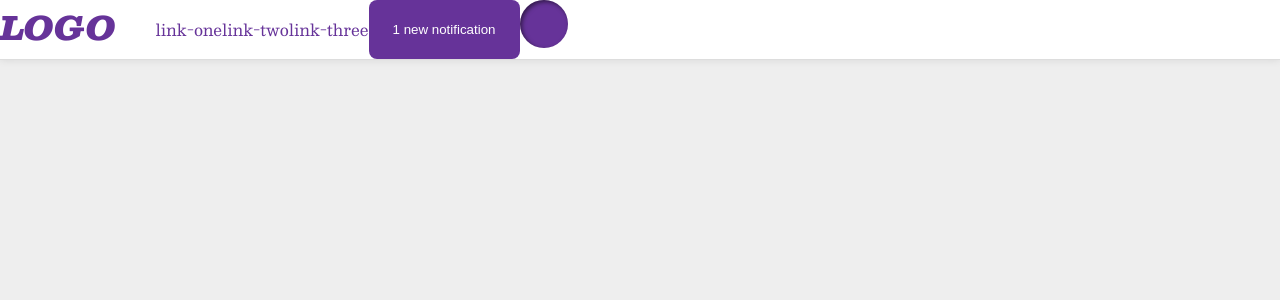
Repository: evemcd/odin_project
Page: 06-odin-css-flex/03-flex-header-2/index.html
The author's editor kept a copy of each file at every save. The page is drawn from the files as they stood at one save, then again after the next save.
The browser window is 1280 px wide. The pictures show the whole page.

Above is the page before, as saved 2022-02-03 09:02:22.

### 06-odin-css-flex/03-flex-header-2/index.html
<!DOCTYPE html>
<html lang="en">

<head>
    <meta charset="UTF-8">
    <meta http-equiv="X-UA-Compatible" content="IE=edge">
    <meta name="viewport" content="width=device-width, initial-scale=1.0">
    <title>Flex Header 2</title>
    <link rel="stylesheet" href="style.css">
</head>

<body>
    <div class="header">
        <div class="logo">
            LOGO
        </div>
        <ul class="links">
            <li><a href="google.com">link-one</a></li>
            <li><a href="google.com">link-two</a></li>
            <li><a href="google.com">link-three</a></li>
        </ul>
        <button class="notifications">
            1 new notification
        </button>
        <div class="profile-image"></div>
    </div>
</body>

</html>

### 06-odin-css-flex/03-flex-header-2/style.css
/* this is some magical font-importing.
you'll learn about it later. */
@import url('https://fonts.googleapis.com/css2?family=Besley:ital,wght@0,400;1,900&display=swap');

body {
    margin: 0;
    background: #eee;
    font-family: Besley, serif;
}

.header {
    background: white;
    border-bottom: 1px solid #ddd;
    box-shadow: 0 0 8px rgba(0, 0, 0, .1);
    display: flex;
}

.profile-image {
    background: rebeccapurple;
    box-shadow: inset 2px 2px 4px rgba(0, 0, 0, .5);
    border-radius: 50%;
    width: 48px;
    height: 48px;
}

.logo {
    color: rebeccapurple;
    font-size: 32px;
    font-weight: 900;
    font-style: italic;
}

button {
    border: none;
    border-radius: 8px;
    background: rebeccapurple;
    color: white;
    padding: 8px 24px;
}

a {
    /* this removes the line under our links */
    text-decoration: none;
    color: rebeccapurple;
}

ul {
    list-style-type: none;
    display: flex;
}

After the next save:
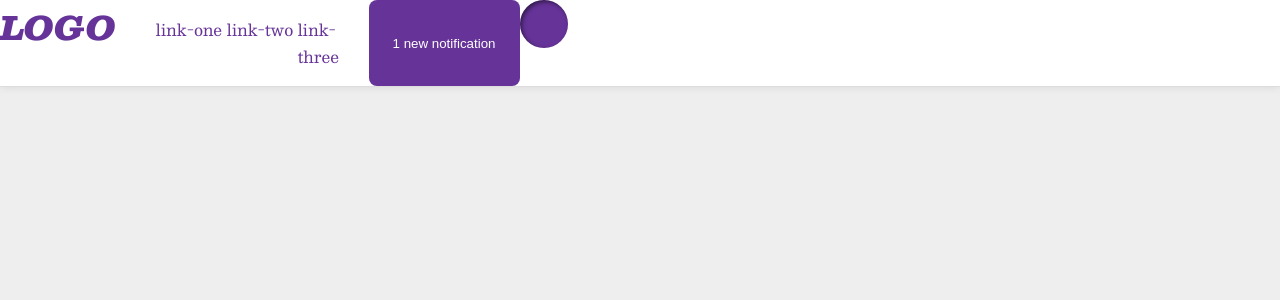
Saved 50 s later.
--- a/06-odin-css-flex/03-flex-header-2/style.css
+++ b/06-odin-css-flex/03-flex-header-2/style.css
@@ -48,3 +48,7 @@ ul {
     list-style-type: none;
     display: flex;
 }
+
+li {
+    flex: 1;
+}
